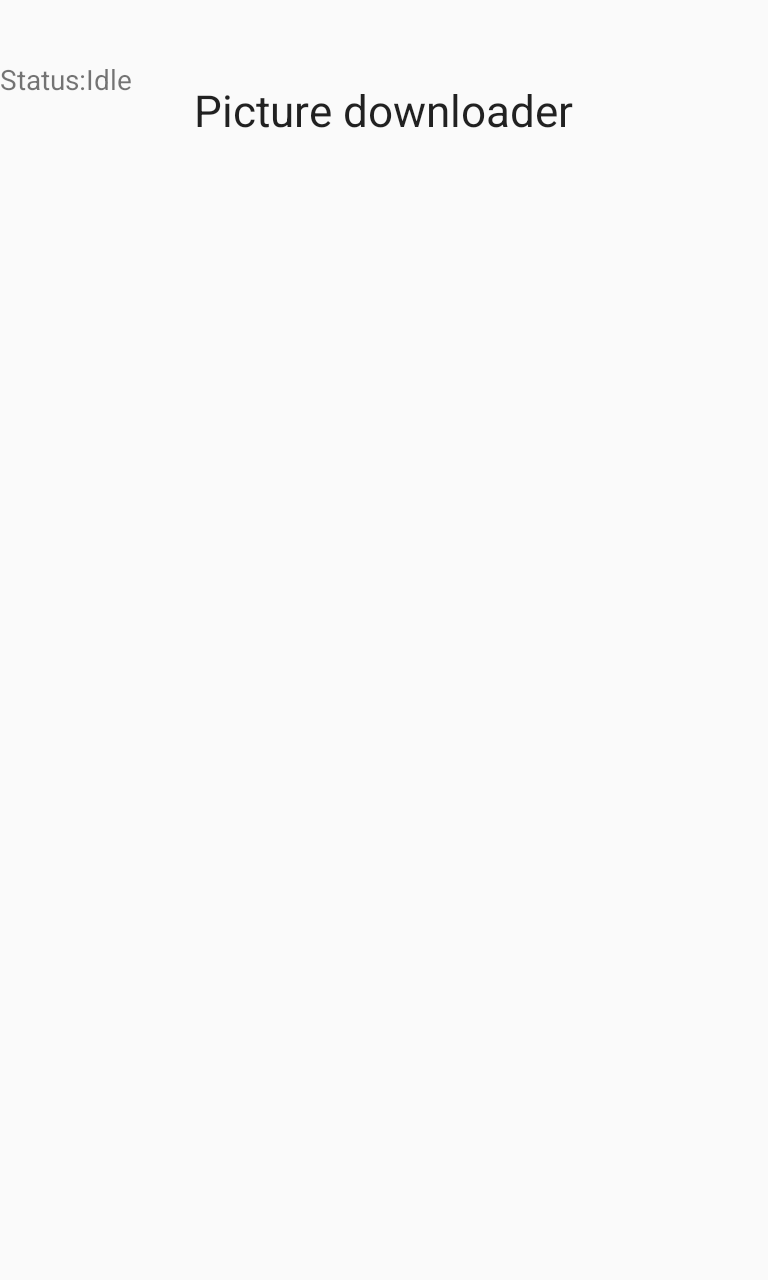
Repository: AlvaroCortez/Assigment3
Layout: PictureDownloader/res/layout/picture_downloader_layout.xml
An editor plug-in stored every save of this project. The layout is shown before and after the next save, followed by the edit.
It is drawn on a 768 x 1280 px phone screen (xhdpi) without system bars, with theme AppTheme; the app's code is not run.

Above is the layout before, as saved 2014-07-15 15:24:28.

After the next save:
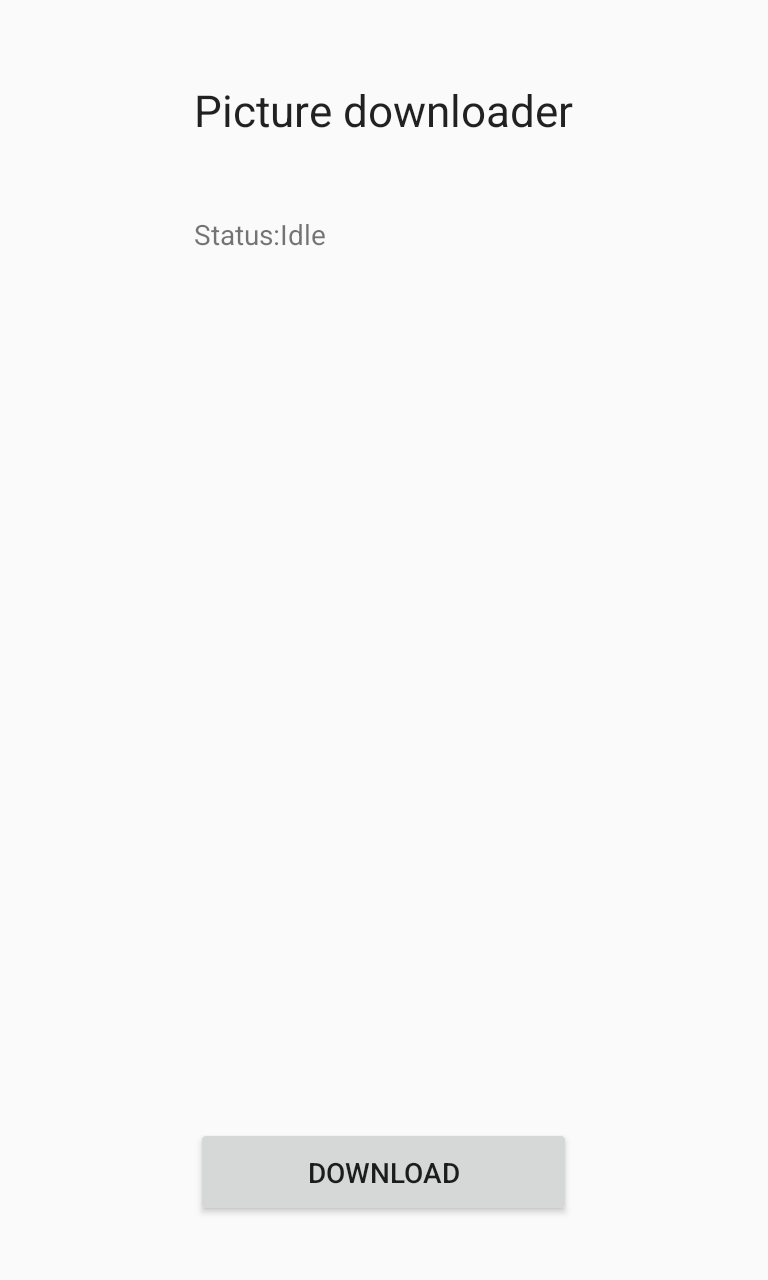
Saved 2 min 53 s later.
--- a/PictureDownloader/res/layout/picture_downloader_layout.xml
+++ b/PictureDownloader/res/layout/picture_downloader_layout.xml
@@ -17,9 +17,19 @@
         android:id="@+id/status_text"
         android:layout_width="wrap_content"
         android:layout_height="wrap_content"
-        android:layout_alignLeft="@+id/textView1"
-        android:layout_below="@+id/textView1"
-        android:layout_marginTop="30dp"
+        android:layout_alignLeft="@+id/text_picture_downloader"
+        android:layout_below="@+id/text_picture_downloader"
+        android:layout_marginTop="38dp"
         android:text="@string/status_downloader" />
 
+    <Button
+        android:id="@+id/picture_button"
+        android:layout_width="wrap_content"
+        android:layout_height="wrap_content"
+        android:layout_alignLeft="@+id/status_text"
+        android:layout_alignParentBottom="true"
+        android:layout_alignRight="@+id/text_picture_downloader"
+        android:layout_marginBottom="30dp"
+        android:text="@string/button_downloader" />
+
 </RelativeLayout>
--- a/PictureDownloader/res/values/strings.xml
+++ b/PictureDownloader/res/values/strings.xml
@@ -7,5 +7,6 @@
     <string name="image_url">http://m.io.ua/img_aa/medium/0192/63/01926395.jpg</string>
     <string name="picture_downloader">Picture downloader</string>
     <string name="status_downloader">Status:Idle</string>
+    <string name="button_downloader">Download</string>
 
 </resources>
